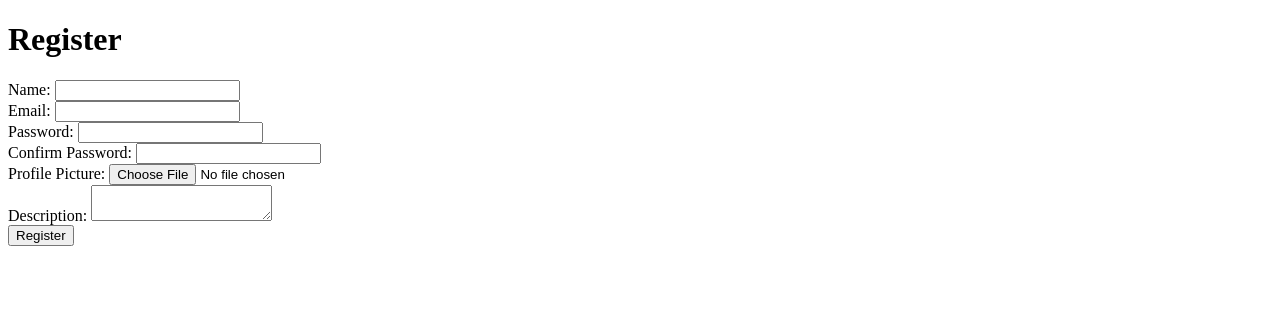
Repository: daffa-alif/team-kobar
Page: http://localhost/register
An editor plug-in stored every save of this project. The page is shown before and after the next save, followed by the edit.
The browser window is 1280 px wide. The pictures show the whole page.
The page is served by the project's Laravel application, run on PHP 8.4 with Laravel 12. Other server files are loaded and not shown.

Above is the page before, as saved 2024-11-04 20:03:13.

### routes/web.php
<?php

use Illuminate\Support\Facades\Route;
use Illuminate\Http\Request;
use Illuminate\Support\Facades\Auth;
use Illuminate\Support\Facades\Hash;
use Illuminate\Validation\ValidationException;
use App\Models\User;

// Root route: Redirects to login if not authenticated, otherwise goes to welcome
Route::get('/', function () {
    return Auth::check() ? redirect('/welcome') : redirect()->route('login');
});

// Show the login form
Route::get('/login', function () {
    return view('auth.login');
})->name('login');

// Handle the login process
Route::post('/login', function (Request $request) {
    $request->validate([
        'email' => 'required|email',
        'password' => 'required',
    ]);

    if (Auth::attempt($request->only('email', 'password'))) {
        return redirect()->intended('/welcome');
    }

    throw ValidationException::withMessages([
        'email' => ['The provided credentials are incorrect.'],
    ]);
});

// Show the registration form
Route::get('/register', function () {
    return view('auth.register');
})->name('register');

// Handle the registration process
Route::post('/register', function (Request $request) {
    $request->validate([
        'name' => 'required|string|max:255',
        'email' => 'required|string|email|max:255|unique:users',
        'password' => 'required|string|min:8|confirmed',
        'profile_picture' => 'nullable|image|mimes:jpg,png,jpeg,gif,svg|max:2048',
        'description' => 'nullable|string|max:500',
    ]);

    // Prepare user data
    $userData = $request->only('name', 'email', 'description');
    $userData['password'] = Hash::make($request->password);

    // Handle profile picture upload if available
    if ($request->hasFile('profile_picture')) {
        $userData['profile_picture'] = $request->file('profile_picture')->store('profile_pictures', 'public');
    }

    // Create and log in the user
    $user = User::create($userData);
    Auth::login($user);

    return redirect('/welcome');
});

// Handle the logout process
Route::post('/logout', function (Request $request) {
    Auth::logout();
    return redirect('/login');
})->name('logout');

// Protected route for welcome page, requires authentication
Route::get('/welcome', function () {
    return view('welcome');
})->middleware('auth');

### resources/views/Auth/register.blade.php
<!DOCTYPE html>
<html>
<head>
    <title>Register</title>
</head>
<body>
    <h1>Register</h1>
    <form action="{{ route('register') }}" method="POST" enctype="multipart/form-data">
        @csrf
        <div>
            <label>Name:</label>
            <input type="text" name="name" required>
        </div>
        <div>
            <label>Email:</label>
            <input type="email" name="email" required>
        </div>
        <div>
            <label>Password:</label>
            <input type="password" name="password" required>
        </div>
        <div>
            <label>Confirm Password:</label>
            <input type="password" name="password_confirmation" required>
        </div>
        <div>
            <label>Profile Picture:</label>
            <input type="file" name="profile_picture">
        </div>
        <div>
            <label>Description:</label>
            <textarea name="description"></textarea>
        </div>
        <button type="submit">Register</button>
    </form>
</body>
</html>

After the next save:
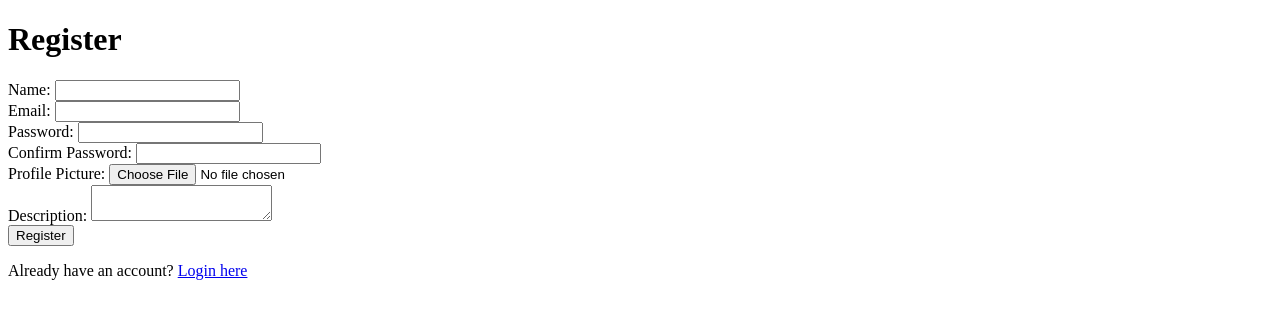
Saved 9 s later.
--- a/resources/views/Auth/register.blade.php
+++ b/resources/views/Auth/register.blade.php
@@ -25,7 +25,7 @@
         </div>
         <div>
             <label>Profile Picture:</label>
-            <input type="file" name="profile_picture">
+            <input type="file" name="profile_picture" accept="image/*">
         </div>
         <div>
             <label>Description:</label>
@@ -33,5 +33,6 @@
         </div>
         <button type="submit">Register</button>
     </form>
+    <p>Already have an account? <a href="{{ route('login') }}">Login here</a></p>
 </body>
 </html>
